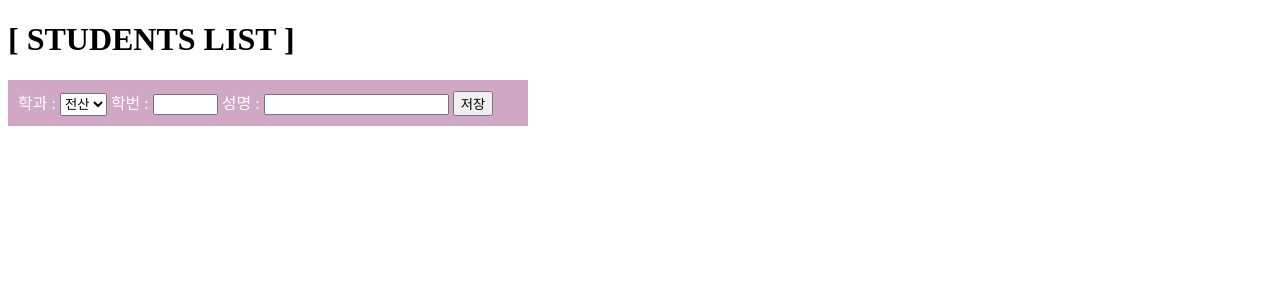
Repository: eeul07/html
Page: ex0508/WebContent/WEB-INF/students/slist.html
These files come from the project's save history. The page is drawn as it stood at one moment and after the next save; the edit follows.
The browser window is 1280 px wide. The pictures show the whole page.
Some web libraries are served in a nearby version.

Above is the page before, as saved 2020-05-08 01:02:47.

After the next save:
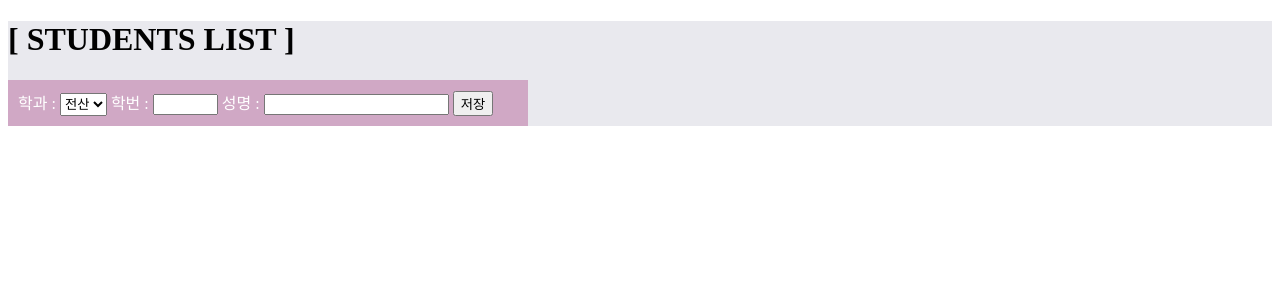
Saved 2 min 17 s later.
--- a/ex0508/WebContent/WEB-INF/students/slist.html
+++ b/ex0508/WebContent/WEB-INF/students/slist.html
@@ -6,23 +6,25 @@
 	<script src="http://code.jquery.com/jquery-1.9.1.js"></script>
 	<script src="https://cdnjs.cloudflare.com/ajax/libs/handlebars.js/3.0.1/handlebars.js"></script>
 	<style>
+		#page{background:#E9E9EE}
 		select{height:23px;}
 		#students{background:#D0A8C5; color:white; width:500px; padding:10px; margin-bottom:20px;}
 		#tbl{margin:10px; width:450px;}
 	</style>
 </head>
 <body>
-	<h1>[ STUDENTS LIST ]</h1>
-	<div id="students">
-		학과 : <select id="dept">
-			<option>전산</option>
-			<option>전자</option>
-			<option>건축</option>
-			</select>
-		학번 : <input type="text" id="scode" maxlength=8 size=5>
-		성명 : <input type="text" id="sname">
-		<input type="button" id="btnSave" value="저장">
-	</div>
+	<div id="page">
+		<h1>[ STUDENTS LIST ]</h1>
+		<div id="students">
+			학과 : <select id="dept">
+				<option>전산</option>
+				<option>전자</option>
+				<option>건축</option>
+				</select>
+			학번 : <input type="text" id="scode" maxlength=8 size=5>
+			성명 : <input type="text" id="sname">
+			<input type="button" id="btnSave" value="저장">
+		</div>
 		<table id="tbl" border=1 width=500></table>
 		<script id="temp" type="text/x-handlebars-template">
 			{{#each array}}
@@ -35,6 +37,7 @@
 				</tr>
 			{{/each}}
 		</script>
+	</div>
 </body>
 <script>
 	$("#tbl").hide();
